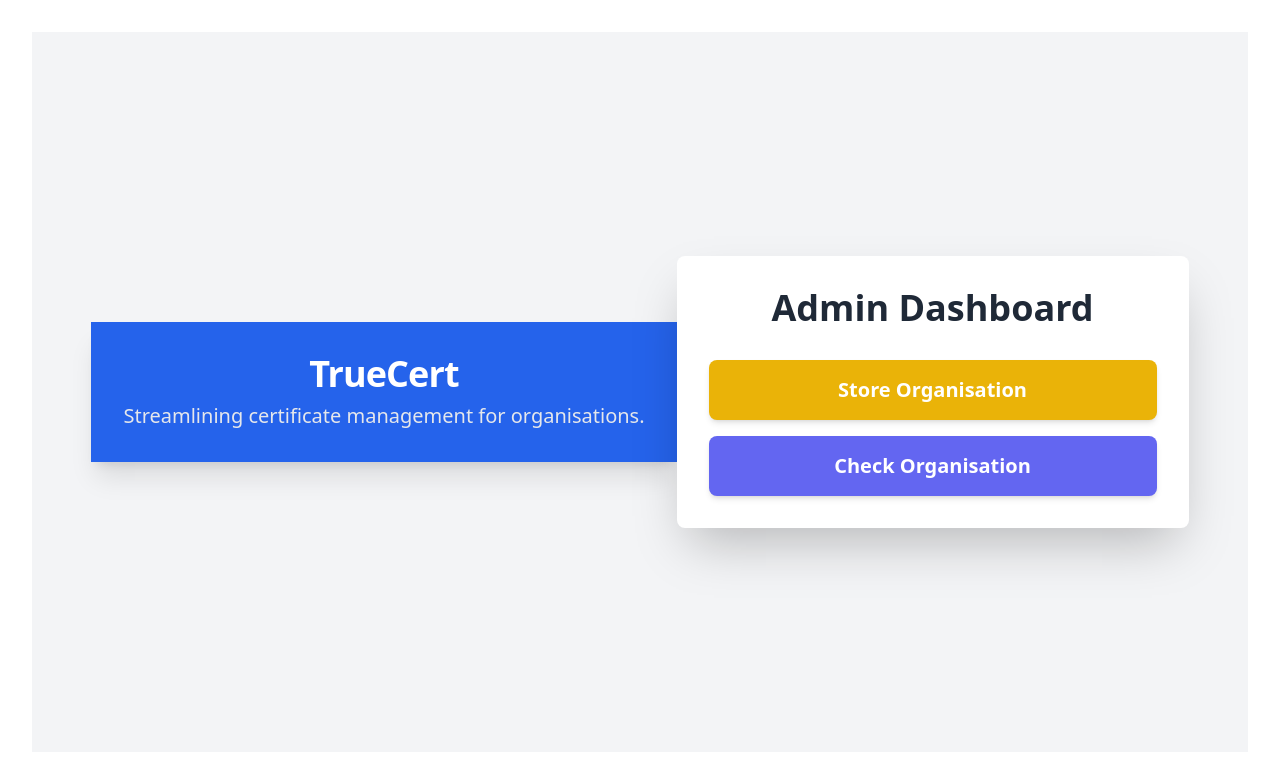
Repository: virtualvasu/TrueCert
Page: / (app in admin/)
An editor plug-in stored every save of this project. The page is shown before and after the next save, followed by the edit.
The browser window is 1280 px wide. The pictures show the whole page.
The project was rebuilt for these pictures with package versions that can differ from the ones it lists, and the page was loaded fresh each time. Also part of the build but not shown: admin/vite.config.js, admin/src/components/contractDetails.jsx, admin/src/components/StoreOrganisation.jsx, admin/src/components/CheckOrganisation.jsx.

Above is the page before, as saved 2025-01-09 16:43:02.

After the next save:
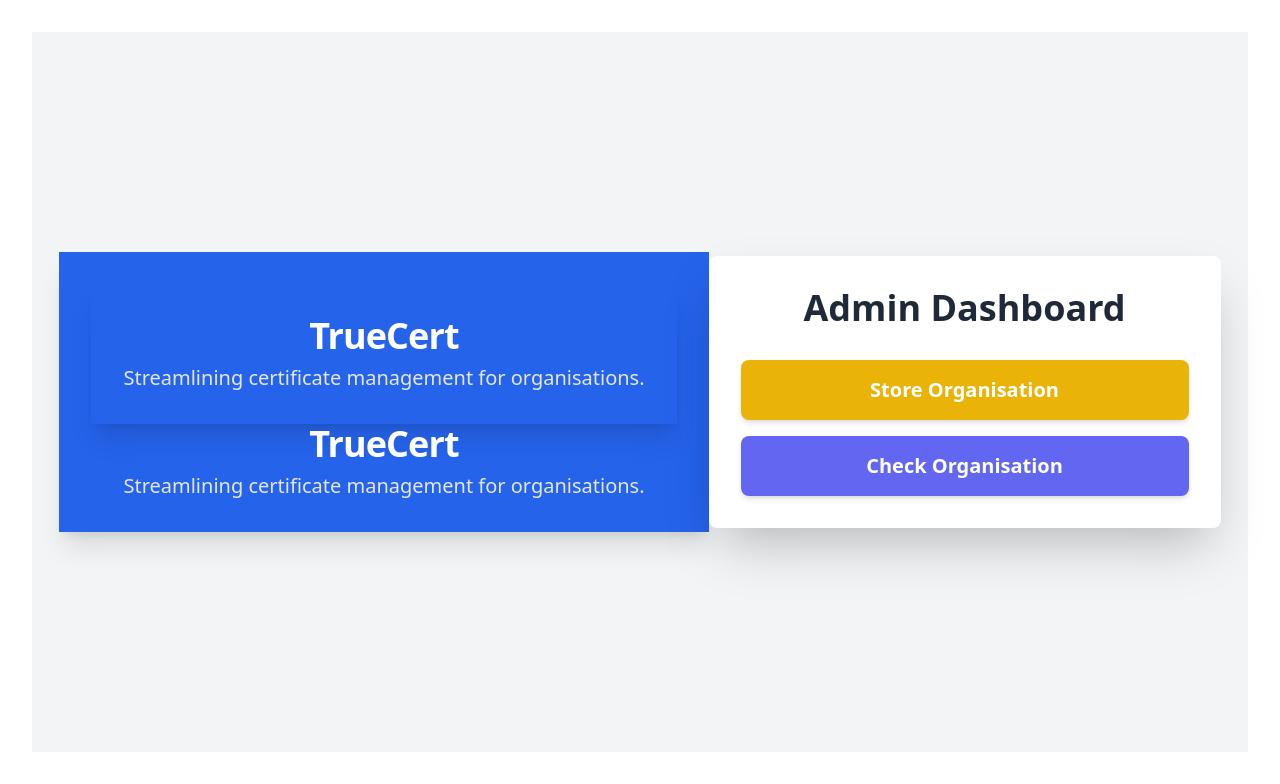
Saved 9 s later.
--- a/admin/src/App.jsx
+++ b/admin/src/App.jsx
@@ -29,15 +29,25 @@ function App() {
   return (
     <div className="min-h-screen bg-gray-100 flex items-center justify-center p-4">
       <header className="bg-blue-600 text-white p-8 shadow-xl">
-        <div className="max-w-6xl mx-auto text-center">
-          <h1 className="text-4xl font-extrabold tracking-tight">
-            TrueCert
-          </h1>
-          <p className="text-xl mt-2 text-gray-200">
-            Streamlining certificate management for organisations.
-          </p>
-        </div>
-      </header>
+                <div className="max-w-6xl mx-auto text-center">
+                <header className="bg-blue-600 text-white p-8 shadow-xl">
+                <div className="max-w-6xl mx-auto text-center">
+                    <h1 className="text-4xl font-extrabold tracking-tight">
+                        TrueCert
+                    </h1>
+                    <p className="text-xl mt-2 text-gray-200">
+                        Streamlining certificate management for organisations.
+                    </p>
+                </div>
+            </header>
+                    <h1 className="text-4xl font-extrabold tracking-tight">
+                        TrueCert
+                    </h1>
+                    <p className="text-xl mt-2 text-gray-200">
+                        Streamlining certificate management for organisations.
+                    </p>
+                </div>
+            </header>
       <div className="w-full max-w-lg bg-white rounded-lg shadow-2xl p-8">
         <h1 className="text-4xl font-semibold text-center text-gray-800 mb-8">
           Admin Dashboard
